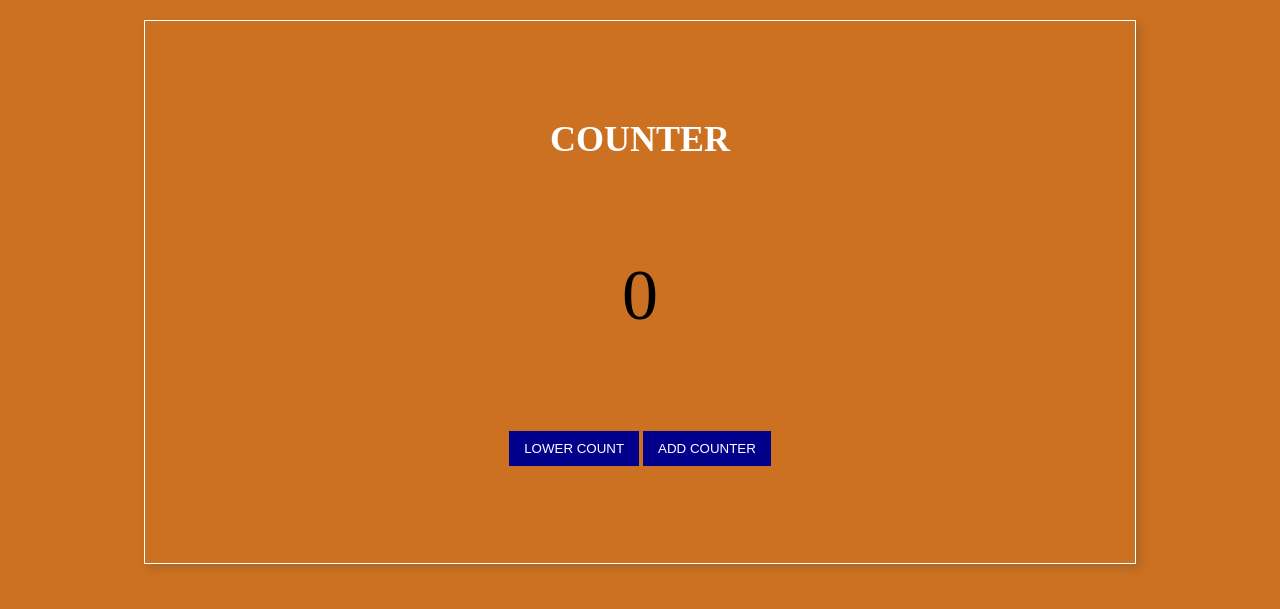
Repository: lusine-tech/counter
Page: index.html
An editor plug-in stored every save of this project. The page is shown before and after the next save, followed by the edit.
The browser window is 1280 px wide. The pictures show the whole page.
The pointer rests on the first visible `.btn`.

Above is the page before, as saved 2022-02-14 17:13:41.

After the next save:
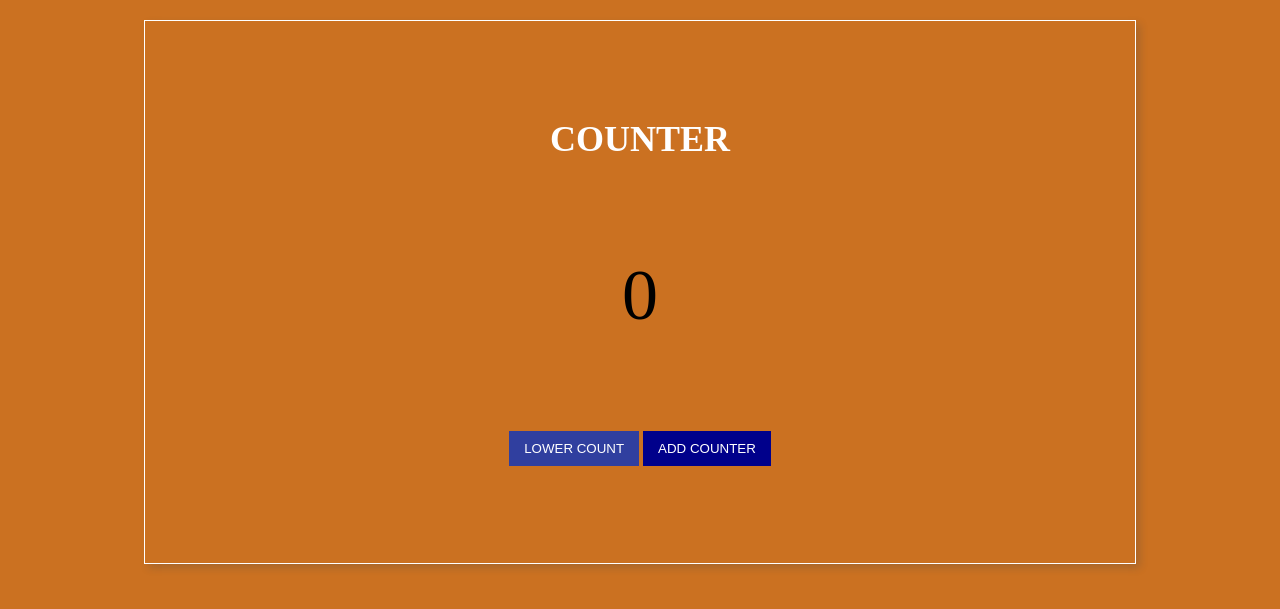
Saved 4 s later.
--- a/style.css
+++ b/style.css
@@ -47,5 +47,5 @@ box-shadow: 4px 4px 8px 0px rgba(34, 60, 80, 0.2);
 }
 
 .btn:hover {
-    background-color: 303f9f;
+    background-color: #303f9f;
 }
